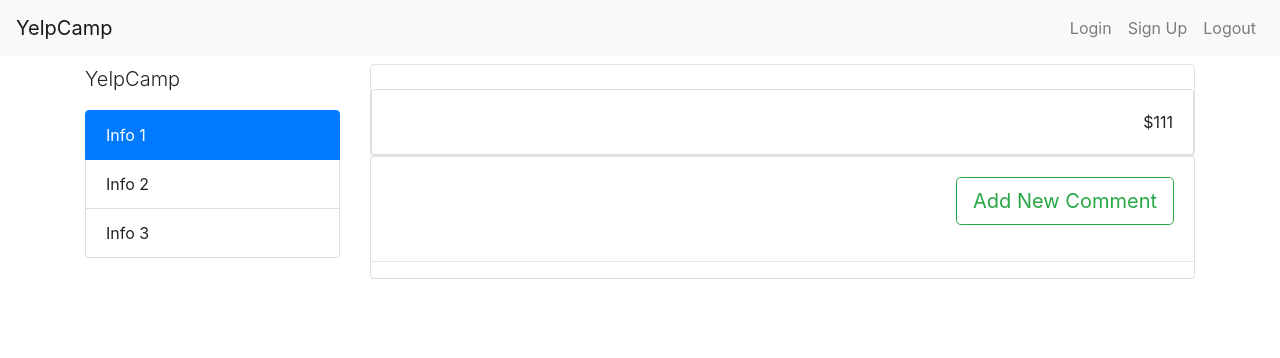
Repository: bosicheng/yelpcamp-project
Page: YelpCamp/v5/views/campgrounds/show.ejs
The author's editor kept a record of every edit. The page is drawn from the files as they stood at one moment, then again after the next edit.
The browser window is 1280 px wide. The pictures show the whole page.
Some web libraries are served in a nearby version. The page is served by the project's Node server (YelpCamp/v5/app.js). Other server files are loaded and not shown. The template is opened directly, without the code that normally fills it, so the values that code supplies are empty.

Above is the page before.
Console error (its wording comes from the project's code and is left out).

### YelpCamp/v5/views/campgrounds/show.ejs
<% include ../partials/header %>
<div class='container'>
    <div class='row'>
        <div class='col-md-3'>
            <p class='lead'>YelpCamp</p>
            <div class='list-group'>
                <li class='list-group-item active'>Info 1</li>
                <li class='list-group-item'>Info 2</li>
                <li class='list-group-item'>Info 3</li>
            </div>
        </div>
        <div class='col-md-9'>
            <div class='img-thumbnail'>
                <img class='w-100' src='<%= campground.image%>'>
                <div class='card'>
                    <div class='card-body'>
                        <span class='float-right'>$111</span>
                        <h4><a><%= campground.name%></a></h4>
                        <p><%= campground.description%></p>
                    </div>
                </div>
            </div>
            <div class='card'>
                <div class='card-body text-right'>
                    <a class='btn btn-lg btn-outline-success' href='/campgrounds/<%=campground._id%>/comments/new'>Add New Comment</a>
                </div>
                <hr>
                <%campground.comments.forEach(function(comment){%>
                    <div class='row'>
                        <div class='col-md-12'>
                            <strong><%= comment.author%></strong>
                            <span class='float-right'>10 days ago</span>
                            <p><%= comment.text %></p>
                        </div>
                    </div>
                <% })%>
            </div>

        </div>
    </div>
</div>


<% include ../partials/footer %>

### YelpCamp/v5/views/partials/header.ejs
<!DOCTYPE html>
<html>
    <head>
        <title>YelpCamp</title>
        <link rel="stylesheet" href="https://stackpath.bootstrapcdn.com/bootstrap/4.1.3/css/bootstrap.min.css">
        <script src="https://code.jquery.com/jquery-3.2.1.slim.min.js" integrity="sha384-KJ3o2DKtIkvYIK3UENzmM7KCkRr/rE9/Qpg6aAZGJwFDMVNA/GpGFF93hXpG5KkN" crossorigin="anonymous"></script>
        <script src="https://maxcdn.bootstrapcdn.com/bootstrap/4.0.0-beta/js/bootstrap.min.js" integrity="sha384-h0AbiXch4ZDo7tp9hKZ4TsHbi047NrKGLO3SEJAg45jXxnGIfYzk4Si90RDIqNm1" crossorigin="anonymous"></script>
        <script src="https://cdnjs.cloudflare.com/ajax/libs/popper.js/1.11.0/umd/popper.min.js" integrity="sha384-b/U6ypiBEHpOf/4+1nzFpr53nxSS+GLCkfwBdFNTxtclqqenISfwAzpKaMNFNmj4" crossorigin="anonymous"></script>
       <link rel="stylesheet" href="/stylesheets/main.css">
    </head>
    <body>
        <nav class="navbar navbar-expand-lg navbar-light bg-light mb-2">
          <a class="navbar-brand" href="/">YelpCamp</a>
          <button class="navbar-toggler" type="button" data-toggle="collapse" data-target="#navbarTogglerDemo01" aria-controls="navbarTogglerDemo01" aria-expanded="false" aria-label="Toggle navigation">
            <span class="navbar-toggler-icon"></span>
          </button>
          <div class="collapse navbar-collapse" id="navbarTogglerDemo01">
            <ul class="navbar-nav ml-auto mt-2 mt-lg-0">
              <li class="nav-item">
                <a class="nav-link" href="#">Login</a>
              </li>
              <li class="nav-item">
                <a class="nav-link" href="#">Sign Up</a>
              </li>
              <li class="nav-item">
                <a class="nav-link" href="#">Logout</a>
              </li>
            </ul>
          </div>
        </nav>

### YelpCamp/v5/app.js
var express=require('express');
var app=express();
var bodyParser=require('body-parser')
var mongoose=require('mongoose')
var Campground=require("./models/campground");
var seedDB=require('./seeds')
var Comment=require("./models/comment")

seedDB();
mongoose.connect('mongodb://localhost:27017/yelp_camp_v3', { useNewUrlParser: true });
app.set('view engine','ejs')
app.use(bodyParser.urlencoded({extended:true}));

// 这里使用public文件夹下问价可以直接static或者__dirname+文件夹目录
// 这里注意，__dirname是工程文件目录/home/ubuntu/workspace/YelpCamp/v5
// __dirname方法更可靠因为工程文件目录更改时也能生效
app.use(express.static(__dirname+'/public'));
console.log(__dirname);

app.get('/',function(req,res){
    res.render("landing");
})

// INDEX - show all campgrounds
app.get('/campgrounds',function(req,res){
    // 首先把数据从数据库中取出
    Campground.find({},function(err,allCampgrounds){
        if(err){
            console.log(err);
        }
        else{
            res.render("campgrounds/index",{campgrounds:allCampgrounds})
        }
    })
})


// 这里虽然get和post的url是同一个，但是他们是不同的用法所以是不同的route不会相互影响
//如果对get的/campgrounds页面进行修改，post请求去修改campgrounds也应该同样的url，这是convention
//CREATE - add new campground to database
app.post("/campgrounds",function(req,res){
    //get data from form and add to campground
    var name=req.body.name;
    var image=req.body.image;
    var desc=req.body.description;
    var newCampground={name:name,image:image,description:desc};
    //Create a new campground and save to database
    Campground.create(newCampground,function(err,newlyCreated){
        if(err){
            console.log(err)
        }
        else{
            console.log(newlyCreated)
        }
    })
    //redirect to campground page
    res.redirect('/campgrounds')
})

//NEW - show form to create new campground
app.get('/campgrounds/new',function(req,res){
    res.render('campgrounds/new')
})

//SHOW - show the detail of one campground
app.get('/campgrounds/:id',function(req,res){
    //find the campground with provided ID,use req.params.id
    // 然后使用mongoose中方法.findById找到对象，需要ID唯一
    // populate用法是campground被comment所填充，那么同时返回comments字段，在show.ejs中可以直接使用
    Campground.findById(req.params.id).populate("comments").exec(function(err,foundCampground){
        if(err){
            console.log("err")
        }
        else{
            res.render('campgrounds/show',{campground:foundCampground})
        }
    })
})

//这里有一个问题，在构造新comment时不能再按照/comments/new，因为每个comment都存在于一个campground中
//我们希望实现的功能是类似于/campgrounds/:id/comment/new


// =====================================================

//COMMENT ROUTES

//======================================================

app.get('/campgrounds/:id/comments/new',function(req, res) {
    //find campground by id
    Campground.findById(req.params.id,function(err,campground){
        if(err){
            console.log(err)
        }
        else{
            res.render('comments/new',{campground:campground})
        }
    })
})

app.post("/campgrounds/:id/comments",function(req,res){
    //look up campground by id: req.params.id
    Campground.findById(req.params.id,function(err,campground){
        if(err){
            console.log(err);
            res.redirect('/campgrounds')
        }
        else{
            Comment.create(req.body.comment,function(err,comment){
                if(err){
                    console.log(err)
                }
                else{
                    campground.comments.push(comment);
                    campground.save();
                    res.redirect('/campgrounds/'+campground._id)
                }
            })
        }
    })
    // create new comment
    //connect new comment to campground
    //redirect campground show page
})

app.listen(process.env.PORT,process.env.IP,function(){
    console.log("Yelpcamp has started!")
})

### YelpCamp/v5/public/stylesheets/main.css
.img-thumbnail{
    padding:0;
}

Loaded but not shown: YelpCamp/v5/views/partials/footer.ejs (common file)

After the next edit:
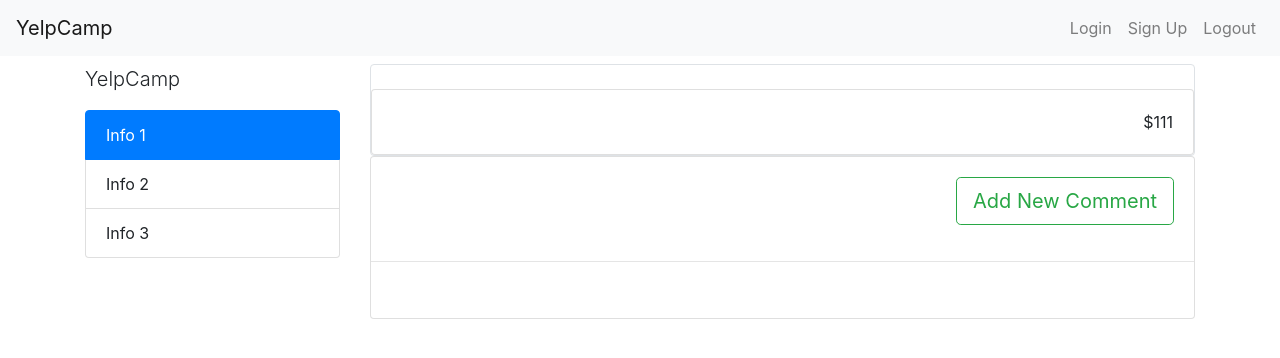
The edit:
--- a/YelpCamp/v5/views/campgrounds/show.ejs
+++ b/YelpCamp/v5/views/campgrounds/show.ejs
@@ -25,6 +25,9 @@
                     <a class='btn btn-lg btn-outline-success' href='/campgrounds/<%=campground._id%>/comments/new'>Add New Comment</a>
                 </div>
                 <hr>
+                <div class='card-body'>
+
+                </div>
                 <%campground.comments.forEach(function(comment){%>
                     <div class='row'>
                         <div class='col-md-12'>
